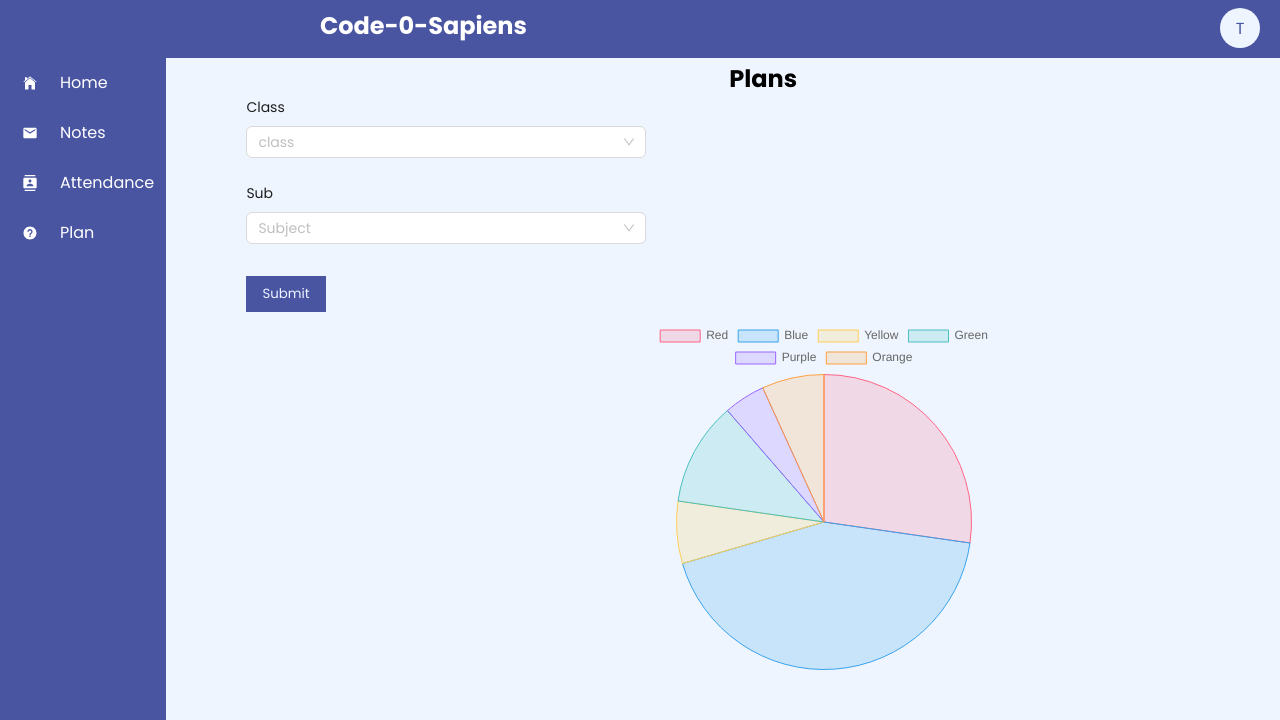
Repository: sinchana-P/code-0-sapiens
Page: /plans (app in client/)
The author's editor kept a copy of each file at every save. The page is drawn from the files as they stood at one save, then again after the next save.
The browser window is 1280 px wide. The pictures show the whole page.
The project was rebuilt for these pictures with package versions that can differ from the ones it lists, and the page was loaded fresh each time. Also part of the build but not shown: client/src/components/auth/login/FormLayoutLogin.jsx, client/src/components/auth/login/Login.jsx, client/src/components/auth/register/FormLayoutRegister.jsx, client/src/components/auth/register/Register.jsx, client/src/components/homeScene/Home.jsx, client/src/components/notes/Notes.jsx, client/src/components/attendance/Attendance.jsx, client/src/components/profile/Profile.jsx and 5 more.

Above is the page before, as saved 2024-03-01 07:31:26.

After the next save:
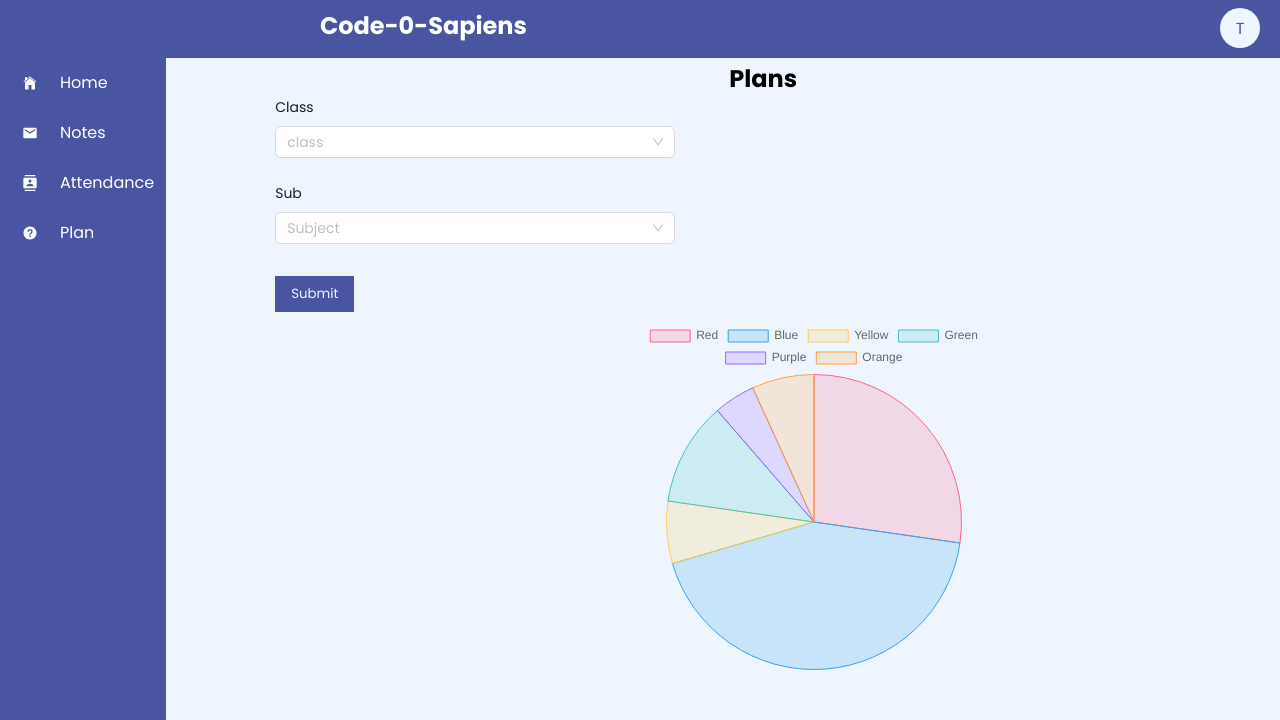
Saved 77 s later.
--- a/client/src/components/plans/Plans.css
+++ b/client/src/components/plans/Plans.css
@@ -1,5 +1,5 @@
 .plans-main{
-    width: 87vw;
+    width: 70vw;
     padding: 0.2rem 5rem;
     /* max-height: 90vh; */
 
